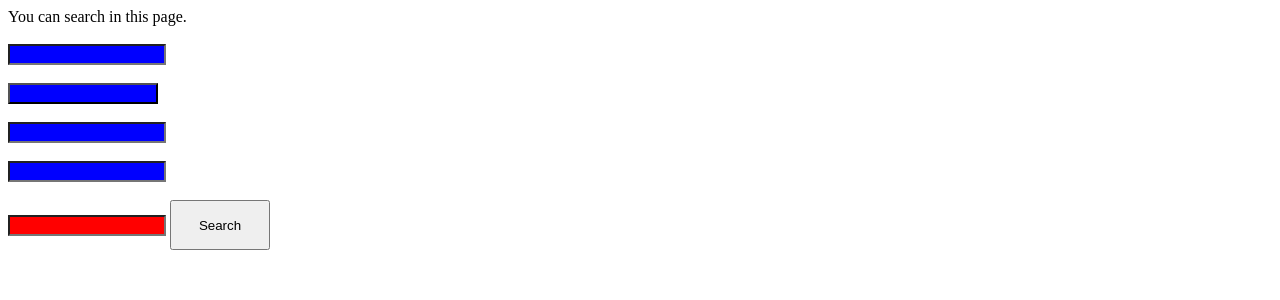
Repository: learoncero/SEProjektUebung
Page: http://localhost/HikingSoftware/search.jsp
These files come from the project's save history. The page is drawn as it stood at one moment and after the next save; the edit follows.
The browser window is 1280 px wide. The pictures show the whole page.
The page is served by Tomcat 9.

Above is the page before, as saved 2023-10-18 08:06:07.

After the next save:
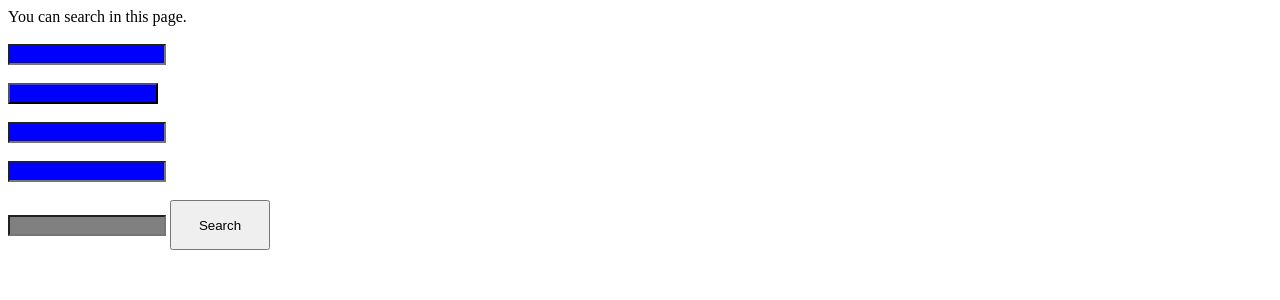
Saved 47 s later.
--- a/HikingSoftware/src/main/webapp/search.jsp
+++ b/HikingSoftware/src/main/webapp/search.jsp
@@ -19,8 +19,8 @@
 	<br/><br/>
 
 	<form action="search_results.jsp">
-		<input type="text" name="suchstring" style="width:150px;background-color:red">
-		<input type="submit" value="Search" style="width:100px; height:50px">
+		<input type="text" name="suchstring" style="width:150px;background-color:grey">
+		<input type="submit" value="Search" style="width:100px;height:50px">
 	</form>
 
 </body>
